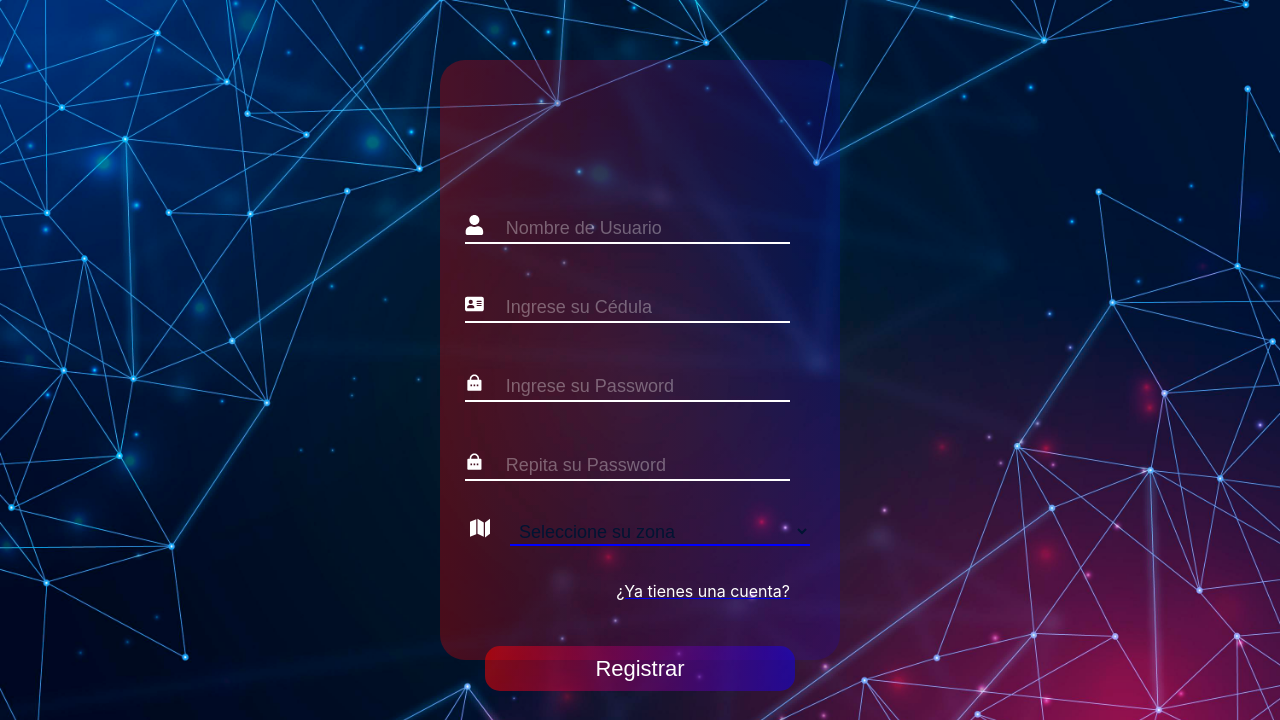
Repository: Davic1o/municipio
Page: /Registro
These files come from the project's save history. The page is drawn as it stood at one moment and after the next save; the edit follows.
The browser window is 1280 px wide. The pictures show the whole page.
The first visible `.contenedor__zona select` has the focus.
The project was rebuilt for these pictures with package versions that can differ from the ones it lists, and the page was loaded fresh each time. Also part of the build but not shown: src/pages/Login/Login.jsx, src/pages/Administrador/Admin.jsx, src/pages/Coord/Coord.jsx, src/pages/User/User.jsx, src/pages/ConfirmacionRegistro/ConfirmacionRegistro.jsx.

Above is the page before, as saved 2024-02-06 20:24:10.

After the next save:
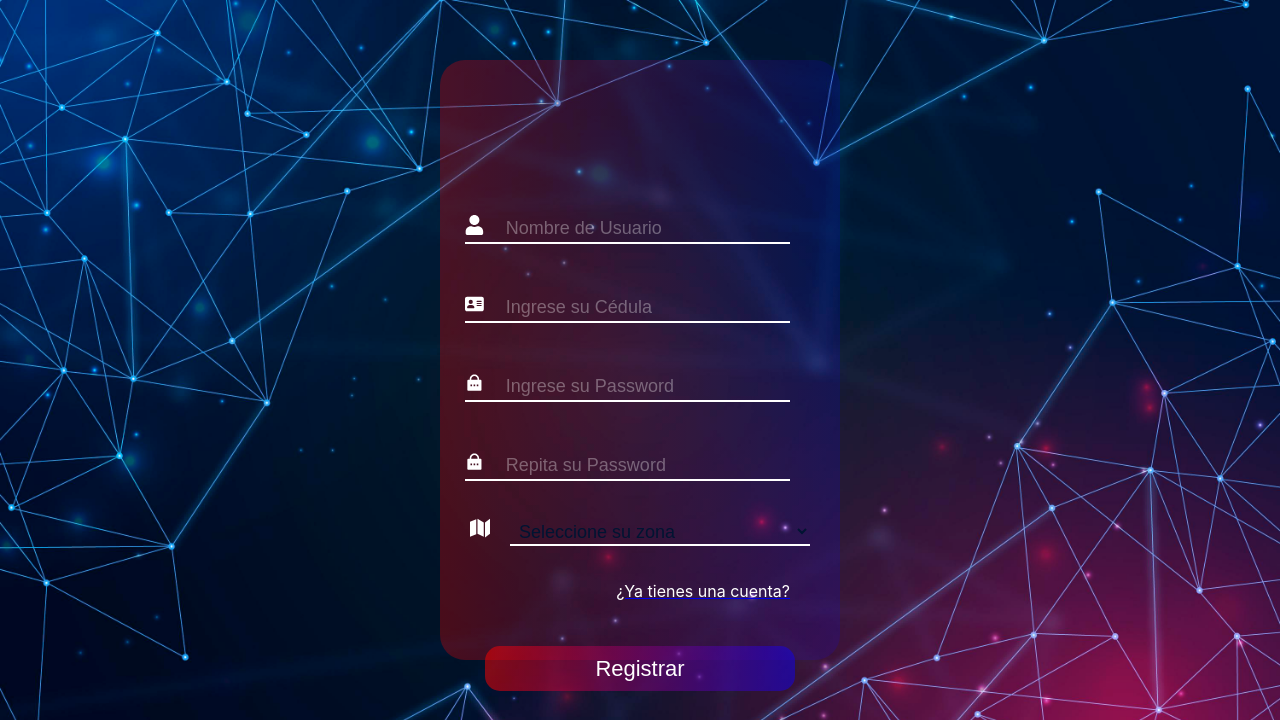
Saved 17 s later.
--- a/src/pages/Register/register.css
+++ b/src/pages/Register/register.css
@@ -29,5 +29,5 @@
 
   .contenedor__zona select:focus {
     outline: none;
-    border-bottom: 2px solid blue; /* Cambia el color del borde cuando el select está enfocado */
+    border-bottom: 2px solid rgb(255, 255, 255); /* Cambia el color del borde cuando el select está enfocado */
   }
